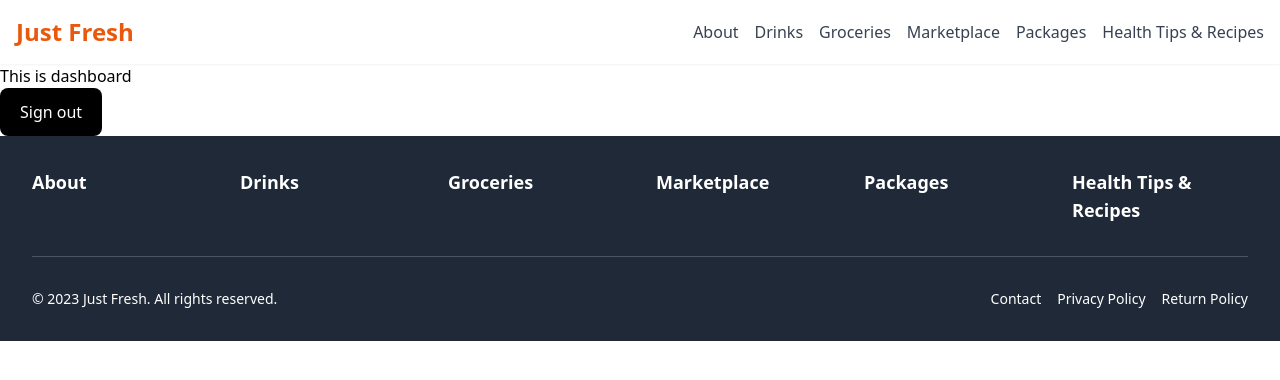
Repository: buzzedison/justfreshnew
Page: /dashboard
An editor plug-in stored every save of this project. The page is shown before and after the next save, followed by the edit.
The browser window is 1280 px wide. The pictures show the whole page.
The project was rebuilt for these pictures with package versions that can differ from the ones it lists, and the page was loaded fresh each time. The framework's server and built-in components were replaced by stand-ins that run in the browser. Also part of the build but not shown: svelte.config.js, vite.config.js.

Above is the page before, as saved 2023-04-04 11:56:51.

### src/routes/+layout.svelte
<script>
  import "../app.css";

  import Navbar from "../components/Navbar.svelte";
  import Footer from "../components/Footer.svelte";
</script>

<div>
  <Navbar />
  <slot />
  <Footer />
</div>

### src/routes/dashboard/+page.svelte
<script>
  import { authHandlers } from "$stores/store.js";

  async function handleSignOut() {
    try {
      await authHandlers.logout();
      // Redirect or perform any other action after signing out
    } catch (error) {
      console.error("Error signing out:", error);
    }
  }
</script>

<div>
  <h1>This is dashboard</h1>

  <button
    class="bg-black py-3 px-5 text-white rounded-lg"
    on:click={handleSignOut}>Sign out</button
  >
</div>

### src/components/Navbar.svelte
<!-- src/components/Navbar.svelte -->
<nav class="bg-white shadow-sm">
  <div class="container mx-auto px-4">
    <div class="flex items-center justify-between py-4">
      <div class="text-2xl font-bold text-orange-600">Just Fresh</div>
      <ul class="flex items-center space-x-4 text-gray-700">
        <li>
          <a href="/" class="hover:text-orange-600"> About </a>
        </li>
        <li>
          <a href="/juices" class="hover:text-orange-600"> Drinks </a>
        </li>
        <li>
          <a href="/groceries" class="hover:text-orange-600"> Groceries </a>
        </li>
        <li>
          <a href="/marketplace" class="hover:text-orange-600"> Marketplace </a>
        </li>
        <li>
          <a href="/packages" class="hover:text-orange-600"> Packages </a>
        </li>
        <li>
          <a href="/contact" class="hover:text-orange-600">
            Health Tips & Recipes
          </a>
        </li>
      </ul>
    </div>
  </div>
</nav>

### src/components/Footer.svelte
<script>
  // You can add any necessary script here
</script>

<footer class="bg-gray-800 text-white px-8 py-8">
  <div class="container mx-auto">
    <div class="grid grid-cols-1 md:grid-cols-6 gap-8 mb-8">
      <div class="font-semibold text-lg">About</div>
      <div class="font-semibold text-lg">Drinks</div>
      <div class="font-semibold text-lg">Groceries</div>
      <div class="font-semibold text-lg">Marketplace</div>
      <div class="font-semibold text-lg">Packages</div>
      <div class="font-semibold text-lg">Health Tips & Recipes</div>
    </div>
    <hr class="border-gray-600" />
    <div class="flex flex-wrap justify-between mt-8 text-sm">
      <div>
        &copy; {new Date().getFullYear()} Just Fresh. All rights reserved.
      </div>
      <div class="flex flex-wrap gap-4 mt-4 md:mt-0">
        <a href="/contact" class="hover:text-gray-300">Contact</a>
        <a href="/privacy-policy" class="hover:text-gray-300">Privacy Policy</a>
        <a href="/return-policy" class="hover:text-gray-300">Return Policy</a>
      </div>
    </div>
  </div>
</footer>

<style>
  /* Add any necessary custom styles here */
</style>

Loaded but not shown: src/app.html (common file); src/app.css (common file); tailwind.config.cjs (common file)

After the next save:
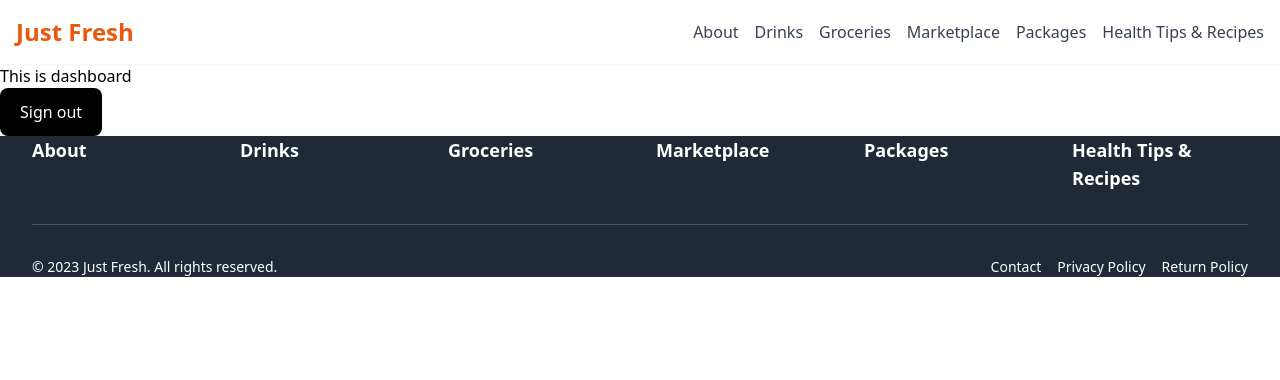
Saved 53 s later.
--- a/src/components/Footer.svelte
+++ b/src/components/Footer.svelte
@@ -2,7 +2,7 @@
   // You can add any necessary script here
 </script>
 
-<footer class="bg-gray-800 text-white px-8 py-8">
+<footer class="bg-gray-800 text-white px-8 py-15">
   <div class="container mx-auto">
     <div class="grid grid-cols-1 md:grid-cols-6 gap-8 mb-8">
       <div class="font-semibold text-lg">About</div>
